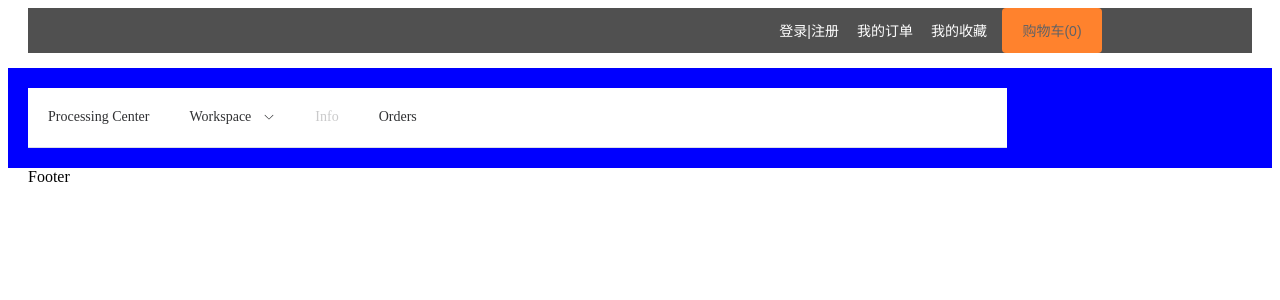
Repository: zhenghaochang/---
Page: / (app in xiaomi/)
The author's editor kept a copy of each file at every save. The page is drawn from the files as they stood at one save, then again after the next save.
The browser window is 1280 px wide. The pictures show the whole page.
The project was rebuilt for these pictures with package versions that can differ from the ones it lists, and the page was loaded fresh each time. Also part of the build but not shown: xiaomi/vite.config.js.

Above is the page before, as saved 2025-07-31 09:56:49.

### xiaomi/src/main.js
import { createApp } from 'vue';
import ElementPlus from 'element-plus';
import 'element-plus/dist/index.css';
import router from './router/router';
import App from './App.vue';
import * as ElementPlusIconsVue from '@element-plus/icons-vue';
import { createPinia } from 'pinia';
import piniaPluginPersistedstate from 'pinia-plugin-persistedstate'
const app = createApp(App);
const pinia = createPinia();
pinia.use(piniaPluginPersistedstate)
app.use(pinia);
for (const [key, component] of Object.entries(ElementPlusIconsVue)) {
    app.component(key, component);
}
app.use(router);
app.use(ElementPlus);
app.mount('#app');

### xiaomi/src/router/router.js
import {createRouter,createWebHashHistory} from 'vue-router'

let router = createRouter({
    history:createWebHashHistory(),
    routes:[
        {
            path:"/",
            component:()=>import('../components/main.vue')
        }
    ]
})

export default router

### xiaomi/src/App.vue
<script setup>
import Menu from '../src/components/menu.vue'


</script>

<template>
    <div>
        <el-container >
            <el-header class="header"><Menu></Menu></el-header>
            <el-main class="main"><router-view></router-view></el-main>
            <el-footer>Footer</el-footer>
        </el-container>
    </div>
</template>

<style scoped>
.header{
/*     background-color: blue; */
    width:100%
}
.main{
    background-color: blue;
    width: 100%;
    display:flex;
    flex-direction: column;
    justify-content: center;
}
</style>

### xiaomi/src/components/main.vue
<script setup>

</script>

<template>
    <div style="width:80%">
        <el-menu
            :default-active="activeIndex"
            class="el-menu-demo"
            mode="horizontal"
            @select="handleSelect"
        >
            <el-menu-item index="1">Processing Center</el-menu-item>
            <el-sub-menu index="2">
            <template #title>Workspace</template>
            <el-menu-item index="2-1">item one</el-menu-item>
            <el-menu-item index="2-2">item two</el-menu-item>
            <el-menu-item index="2-3">item three</el-menu-item>
            <el-sub-menu index="2-4">
                <template #title>item four</template>
                <el-menu-item index="2-4-1">item one</el-menu-item>
                <el-menu-item index="2-4-2">item two</el-menu-item>
                <el-menu-item index="2-4-3">item three</el-menu-item>
            </el-sub-menu>
            </el-sub-menu>
            <el-menu-item index="3" disabled>Info</el-menu-item>
            <el-menu-item index="4">Orders</el-menu-item>
        </el-menu>
    </div>
</template>

<style scoped>

</style>

### xiaomi/src/components/menu.vue
<script setup>
import {ref,reactive} from 'vue'
import request from '../request/index'
import { ElMessage } from 'element-plus'
import {useUserStore} from '../store/index'


const store = useUserStore()


const loginVisible = ref(false)
const registVisible = ref(false)

const loginForm = ref({
    username:'',
    password:''
})

const registForm = ref({
    username:'',
    password:'',
    rePassword:'',
    name:''
})

const user = ref({
    id:0,
    username:'',
    name:'',
    numInCart:0,
    token:''
})

const loginFormRef = ref()
const registFormRef = ref()

const validateUsername = (rule,value,callback)=>{
    if(value.length==0){
      callback(new Error("用户名不能为空"))
    }else{
      callback()
    }
  }

  const validatePassword = (rule,value,callback)=>{
    if(value.length<4){
      callback(new Error("密码小于4位"))
    }else{
      callback()
    }
  }

  const validateRePassword = (rule,value,callback)=>{
    if(value.length<4){
      callback(new Error("密码小于4位"))
    }else{
      if(value != registForm.value.password){
        callback(new Error("密码不一致"))
      }else{
        callback()
      }
    }
  }

  const rules = {
    username:[{required:true,message:'用户名不能为空',validator:validateUsername}],
    password:[{required:true,message:'密码必须大于4位',validator:validatePassword}],
    rePassword:[{required:true,validator:validateRePassword}]
  }


async function login(){
    const valid = await loginFormRef.value.validate
    if(valid){
        let {data} = await request.post("/user/login",loginForm.value)
        if(data.code == 200){
            ElMessage.success('登录成功')
            user.value = data.data
            store.changeInfo(user.value)
            loginVisible.value = false
        }else{
            ElMessage.error(data.msg)
        }
    }
}

async function regist(){
    const valid = await registFormRef.value.validate
    if(valid){
        let {data} = await request.post("/user/regist",registForm.value)
        if(data.code == 200){
            ElMessage.success('注册成功')
            registVisible.value = false
            loginVisible.value = true
        }else{
            ElMessage.error(data.msg)
        }
    }
}

</script>

<template>
    <div class="base_div">
        <el-button color="rgb(80,80,80)" @click="loginVisible = true" v-if="store.id==0" link>登录|注册</el-button>
        <div style="display:flex;align-items:center;margin-right:10px" v-else>
            <el-button color="rgb(80,80,80)" link>欢迎{{store.name}}</el-button>
            <el-button color="rgb(80,80,80)" @click="()=>{store.logout(),ElMessage.success('已退出')}" link>退出登录</el-button>
        </div>
        <el-button color="rgb(80,80,80)" link>我的订单</el-button>
        <el-button color="rgb(80,80,80)" link>我的收藏</el-button>
        <el-button  style="background-color:rgb(255,130, 45);margin-right:150px;width:100px"  link>购物车({{store.numInCart}})</el-button>

        <!-- 登录窗口 -->
        <el-dialog v-model="loginVisible"  title="登录" width="300">
            <el-form :model="loginForm" ref="loginFormRef" :rules="rules">
                <el-form-item label="用户名" prop="username" :label-width="70">
                    <el-input v-model="loginForm.username" autocomplete="off" />
                </el-form-item>
                <el-form-item label="密码" prop="password" :label-width="70">
                    <el-input v-model="loginForm.password" autocomplete="off" type="password" show-password />
                </el-form-item>
            </el-form>
            <template #footer>
                <div style="display:flex;justify-content:space-between;align-items:center">
                    <el-button type="warning" @click="registVisible = true">注册</el-button>
                    <div>
                        <el-button @click="loginVisible = false">取消</el-button>
                        <el-button type="primary" @click="login">
                        登录
                        </el-button>
                    </div>

                </div>
            </template>
        </el-dialog>
        <!-- 登录窗口END -->
        <!-- 注册窗口 -->
        <el-dialog v-model="registVisible"  title="注册" width="350">
            <el-form :model="registForm" ref="registFormRef" :rules="rules">
                <el-form-item label="用户名" prop="username" :label-width="80">
                    <el-input v-model="registForm.username" autocomplete="off" />
                </el-form-item>
                <el-form-item label="密码" prop="password" :label-width="80">
                    <el-input v-model="registForm.password" autocomplete="off" type="password" show-password />
                </el-form-item>
                <el-form-item label="确认密码" prop="rePassword" :label-width="80">
                    <el-input v-model="registForm.rePassword" autocomplete="off" type="password" show-password />
                </el-form-item>
                <el-form-item label="姓名"  :label-width="80">
                    <el-input v-model="registForm.name" autocomplete="off"  />
                </el-form-item>
            </el-form>
            <template #footer>
                <div style="">
                    <div>
                        <el-button @click="registVisible = false">取消</el-button>
                        <el-button type="primary" @click="regist">
                        注册
                        </el-button>
                    </div>

                </div>
            </template>
        </el-dialog>
        <!-- 注册窗口END -->
    </div>
</template>

<style scoped>
.base_div{
    background-color:rgb(80,80,80);
    width:100%;
    height:45px;
    display: flex;
    justify-content:flex-end;
}
</style>

### xiaomi/src/request/index.js
import axios from 'axios'


const request = axios.create({
    baseURL:'http://localhost:8080',
    timeout:10000
})









export default request

### xiaomi/src/store/index.js
import {defineStore} from 'pinia'

const user = {
    id:0,
    username:'',
    name:'',
    numInCart:0,
    token:''
}

export const useUserStore = defineStore('userInfo',{
    state:()=>({
        id:0,
        username:'',
        name:'',
        numInCart:0,
        token:''
    }),
    getters:{},
    actions:{
        changeInfo(user){
            this.id = user.id,
            this.username = user.username,
            this.name = user.name,
            this.numInCart = user.numInCart,
            this.token = user.token
        },
        logout(){
            this.id = 0,
            this.username = '',
            this.name = '',
            this.numInCart = 0,
            this.token = ''
        }
    },
    persist: true
}
)

Loaded but not shown: xiaomi/index.html (common file)

After the next save:
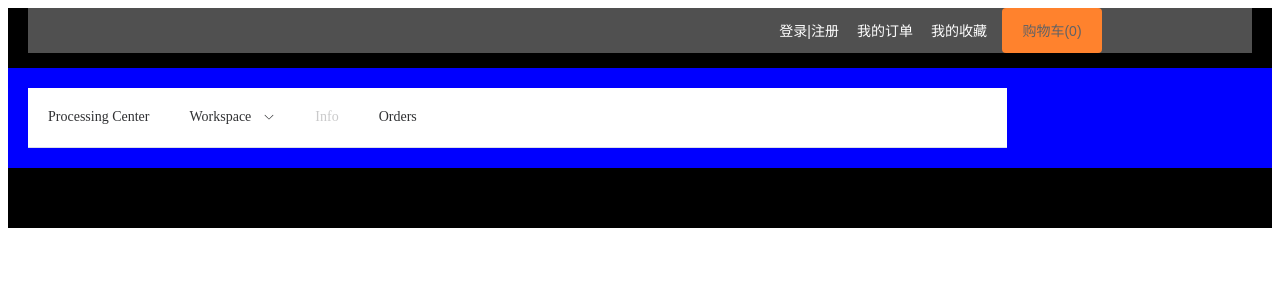
Saved 32 s later.
--- a/xiaomi/src/App.vue
+++ b/xiaomi/src/App.vue
@@ -6,7 +6,7 @@
 
 <template>
     <div>
-        <el-container >
+        <el-container style="background:black">
             <el-header class="header"><Menu></Menu></el-header>
             <el-main class="main"><router-view></router-view></el-main>
             <el-footer>Footer</el-footer>

After the 3 saves that followed:
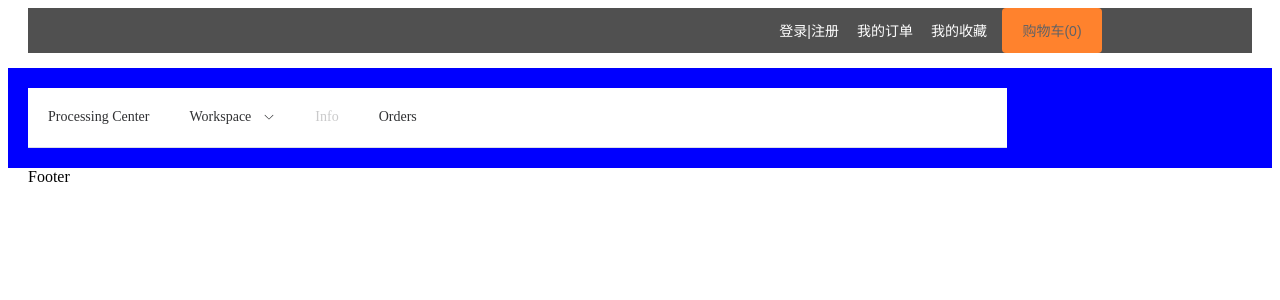
The 3 saves are shown as one change because they came seconds apart.
The last was saved 15 s later.
--- a/xiaomi/src/App.vue
+++ b/xiaomi/src/App.vue
@@ -6,7 +6,7 @@
 
 <template>
     <div>
-        <el-container style="background:black">
+        <el-container>
             <el-header class="header"><Menu></Menu></el-header>
             <el-main class="main"><router-view></router-view></el-main>
             <el-footer>Footer</el-footer>
